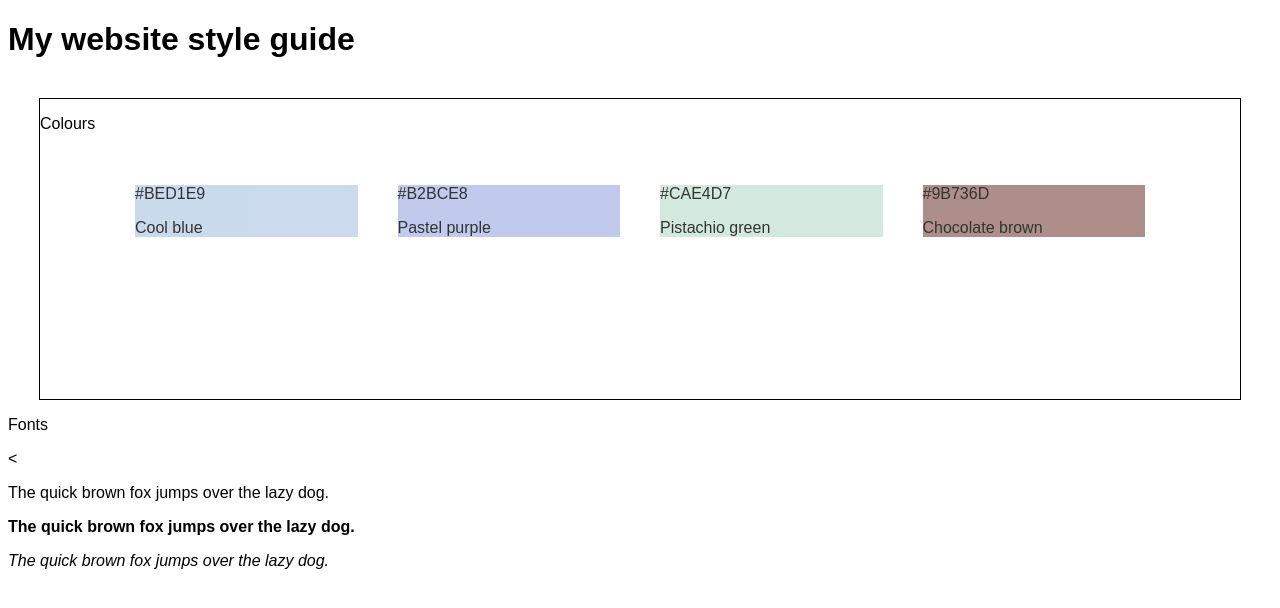
Repository: nazaninrizvi/codecademy
Page: Javascript/website-design-system/index.html
An editor plug-in stored every save of this project. The page is shown before and after the next save, followed by the edit.
The browser window is 1280 px wide. The pictures show the whole page.

Above is the page before, as saved 2021-11-26 16:10:57.

After the next save:
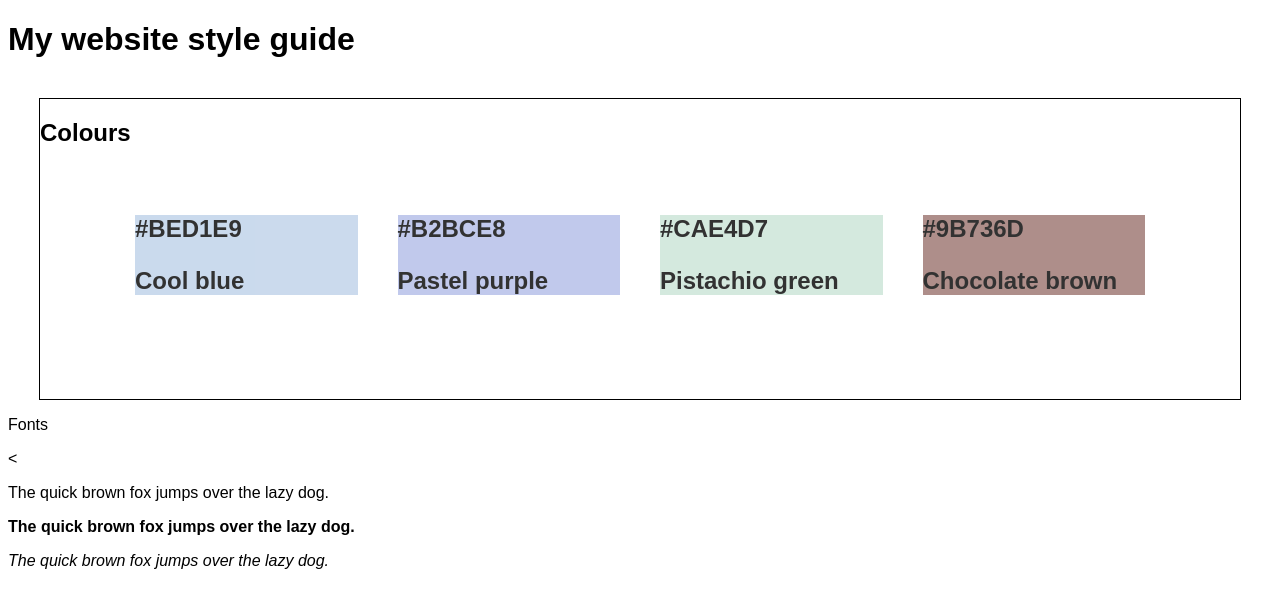
Saved 6 s later.
--- a/Javascript/website-design-system/index.html
+++ b/Javascript/website-design-system/index.html
@@ -8,7 +8,7 @@
         <h1>My website style guide</h1>
         <div id="colors">
             <div class="colors-container">
-                <p>Colours</p>
+                <h2>Colours</p>
                 <div class="colcontainer">
                     <div class="cols"><div id="coolblue">
                         <p>#BED1E9</p>
